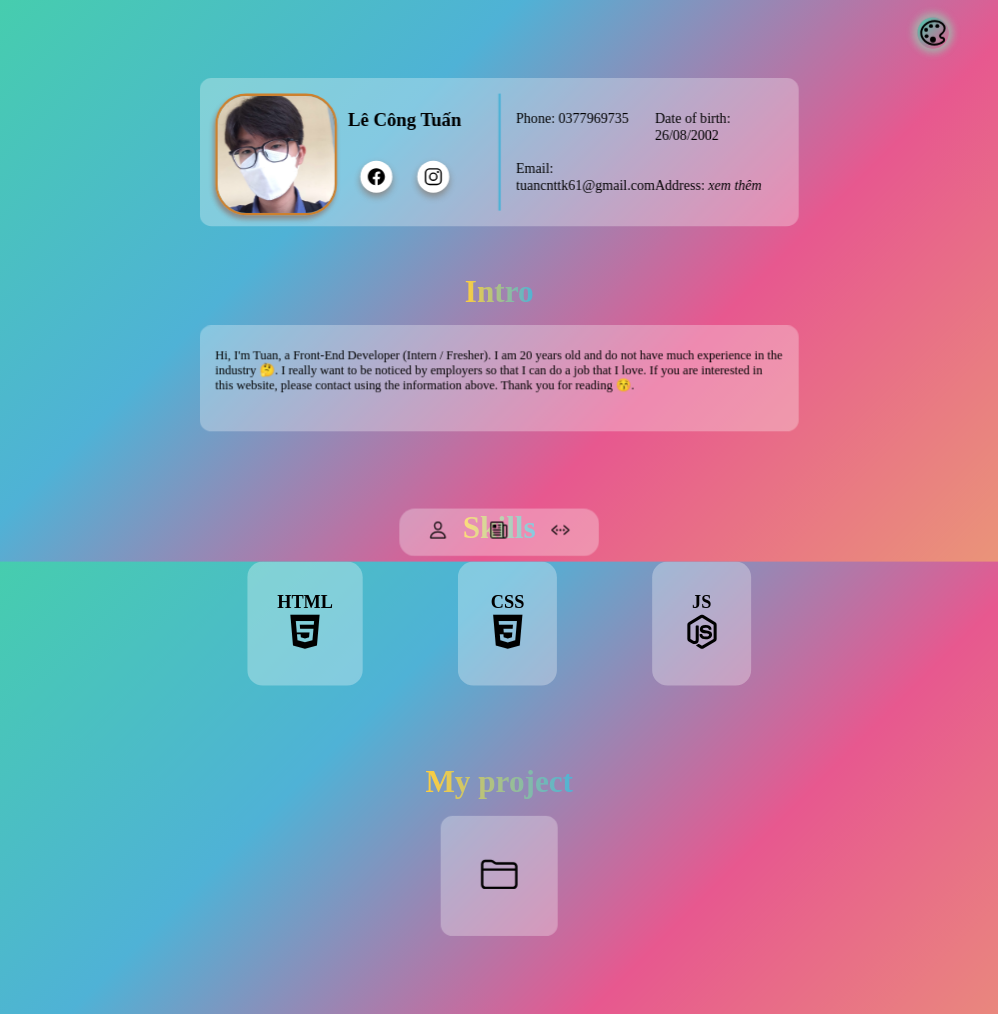
Repository: LeCongTuan2608/Profile
Page: index.html
An editor plug-in stored every save of this project. The page is shown before and after the next save, followed by the edit.
The browser window is 1280 px wide. The pictures show the whole page, at 78% of full size.
Backgrounds fixed to the window are drawn as part of the page. The style sheet was rebuilt from its Sass, Less or Tailwind sources for each picture, by a compiler version that may differ from the author's.

Above is the page before, as saved 2022-05-05 12:34:52.

After the next save:
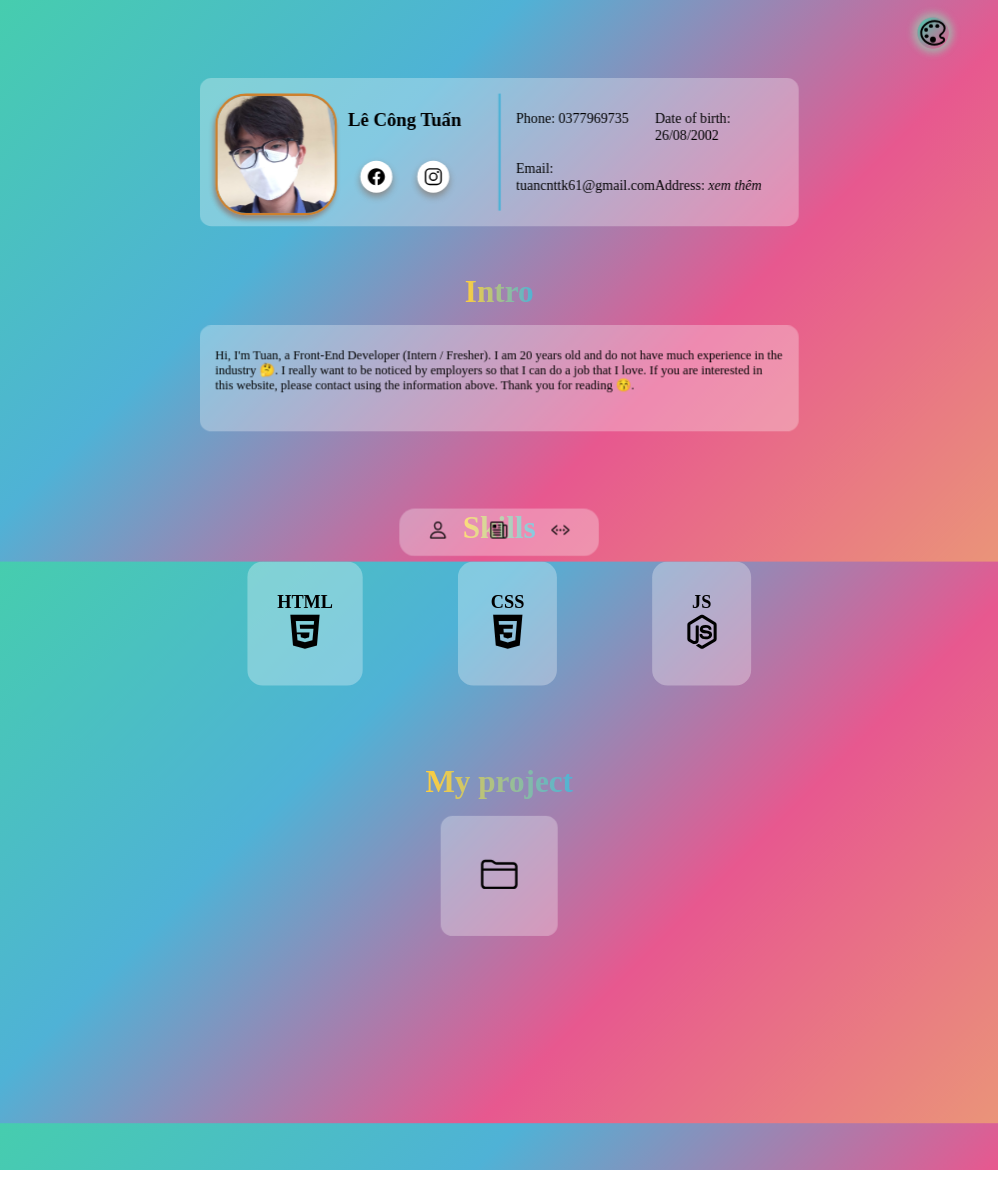
Saved 21 s later.
--- a/sass/style.scss
+++ b/sass/style.scss
@@ -17,6 +17,7 @@ body{
 }
 .container{
     padding-top: 100px;
+    padding-bottom: 200px;
     width: 100%;
     height: auto;
     position: relative;
